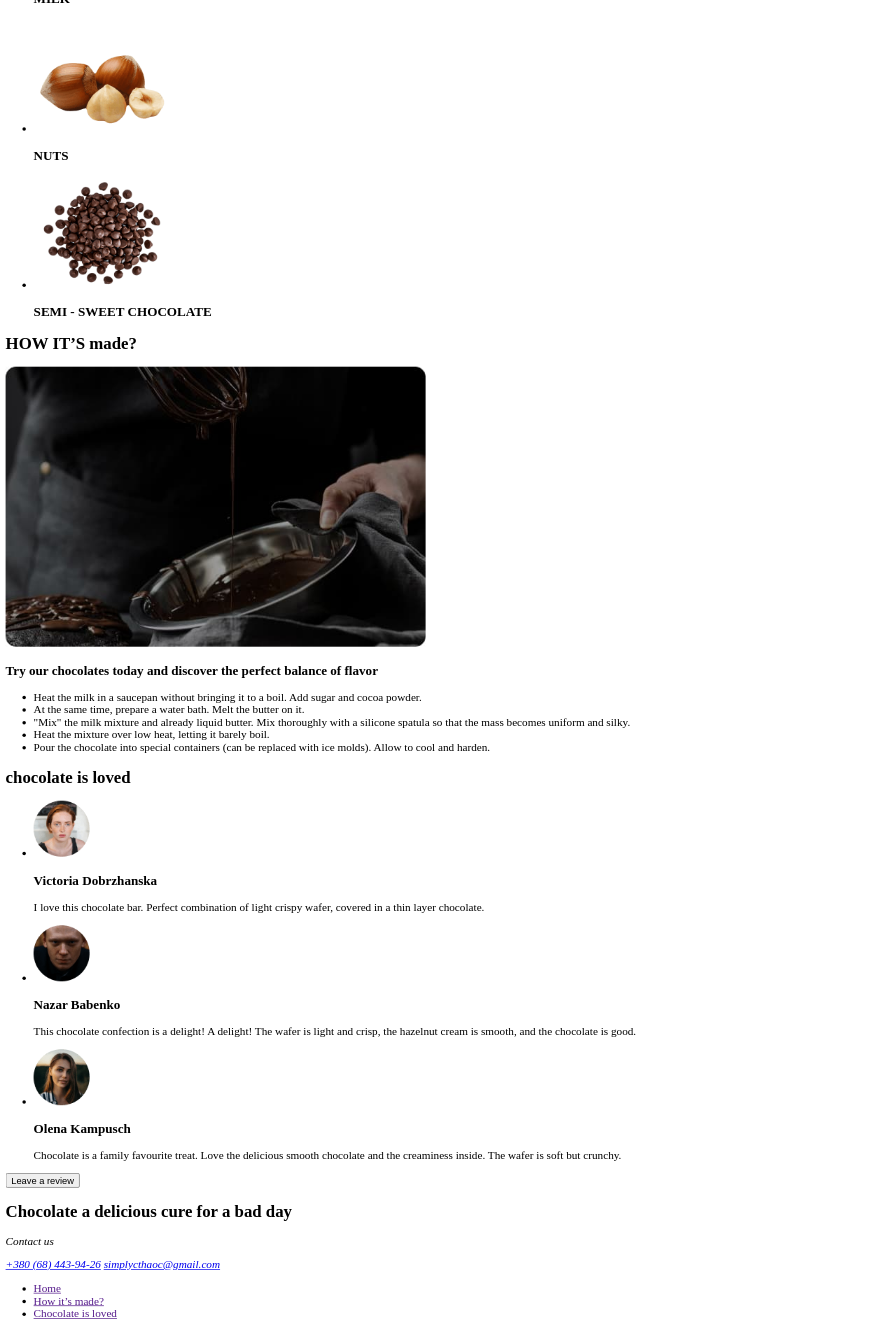
Repository: Sofiia-Khomyk/goit-markup-class-01
Page: index.html
These files come from the project's save history. The page is drawn as it stood at one moment and after the next save; the edit follows.
The browser window is 1280 px wide. The pictures show the part of the page from y = 1117 to 3037 px (the page is 3019 px tall before and 3037 px after), at 70% of full size.

Above is the page before, as saved 2024-11-11 16:30:43.

### index.html
<!DOCTYPE html>
<html lang="en">
  <head>
    <meta charset="UTF-8" />
    <meta name="viewport" content="width=device-width, initial-scale=1.0" />
    <title>Chocolate</title>
  </head>
  <body>
    <!-- Page Header -->
    <header>
      <nav>
        <a href=""
          >SIMPLY CHOCOLATE
          <img src="./images/chocolate-logo.svg" alt="site logo" />
        </a>
        <ul>
          <li>
            <a href="">Home</a>
          </li>
          <li>
            <a href="">How it’s made?</a>
          </li>
          <li>
            <a href="#reviews">Chocolate is loved</a>
          </li>
        </ul>
      </nav>
      <ul>
        <li>
          <a href="" target="_blank" rel="noopener noreferrer">Instagram</a>
        </li>
        <li>
          <a href="" target="_blank" rel="noopener noreferrer">Twitter</a>
        </li>
      </ul>
    </header>

    <main>
      <!-- Hero Section -->
      <section>
        <h1>
          Treat yourself or a loved one to our finest ingredients for a moment
          of pure delight!
        </h1>
        <button type="button">Buy now</button>
        <a href="">How it’s made</a>
        <a href="#benefits">scroll down</a>
      </section>
      <!-- Our Benefits -->
      <section id="benefits">
        <h2>Our Benefits</h2>
        <ul>
          <li>
            <h3>Unsurpassed taste</h3>
            <p>
              Crafted with the finest quality cocoa beans and a dedication to
              perfection, each bite is a decadent experience that simply cannot
              be matched. Savor the richness and complexity of our Unsurpassed
              Taste and discover a new level of chocolate bliss.
            </p>
          </li>
          <li>
            <h3>Affordable price</h3>
            <p>
              Indulge in high-quality chocolate without breaking the bank with
              Simply Chocolate's selection of affordable treats. Enjoy
              mouth-watering truffles and velvety chocolate bars without
              sacrificing taste or quality. Browse our selection and indulge in
              affordable luxury today.
            </p>
          </li>
          <li>
            <h3>Own production</h3>
            <p>
              We take pride in our own production process, ensuring that every
              step is carefully crafted to perfection. From selecting the finest
              ingredients to handcrafting each piece, our attention to detail is
              evident in every bite.
            </p>
          </li>
        </ul>
      </section>
      <!-- Ingredients Section -->
      <section>
        <h2>IT ALL ADDS UP TO ONE EXCEPTIONAL TASTE SENSATION</h2>
        <p>
          At Simply Chocolate, we believe that the secret to exceptional
          chocolate is in the details. From the sourcing of the finest
          ingredients to the careful crafting of each individual piece, every
          step of our process adds up to one exceptional taste sensation.
        </p>
        <ul>
          <li>
            <img
              src="./images/ingredients/milk-chocolate.png"
              alt="Milk chocolate"
              width="206"
              height="160"
            />
            <h3>MILK CHOCOLATE</h3>
          </li>
          <li>
            <img
              src="./images/ingredients/milk.png"
              alt="Milk"
              width="206"
              height="160"
            />
            <h3>MILK</h3>
          </li>
          <li>
            <img
              src="./images/ingredients/nuts.png"
              alt="Nuts"
              width="206"
              height="160"
            />
            <h3>NUTS</h3>
          </li>
          <li>
            <img
              src="./images/ingredients/coffee.png"
              alt="Semi Sweet Chocolate"
              width="206"
              height="160"
            />
            <h3>SEMI - SWEET CHOCOLATE</h3>
          </li>
        </ul>
      </section>
      <!-- How its made -->
      <section>
        <h2>HOW IT’S made?</h2>
        <img
          src="./images/made-chocolate/made-chocolate.jpg"
          alt="How it’s made"
          width="600"
          height="400"
        />
        <h3>
          Try our chocolates today and discover the perfect balance of flavor
        </h3>
        <ul>
          <li>
            Heat the milk in a saucepan without bringing it to a boil. Add sugar
            and cocoa powder.
          </li>
          <li>
            At the same time, prepare a water bath. Melt the butter on it.
          </li>
          <li>
            "Mix" the milk mixture and already liquid butter. Mix thoroughly
            with a silicone spatula so that the mass becomes uniform and silky.
          </li>
          <li>Heat the mixture over low heat, letting it barely boil.</li>
          <li>
            Pour the chocolate into special containers (can be replaced with ice
            molds). Allow to cool and harden.
          </li>
        </ul>
      </section>
      <!-- Reviews Section -->
      <section id="reviews">
        <h2>chocolate is loved</h2>
        <ul>
          <li>
            <img
              src="./images/reviews/vic-dob.png"
              alt="Victoria Dobrorzanska avatar"
              width="80"
              height="80"
            />
            <h3>Victoria Dobrzhanska</h3>
            <p>
              I love this chocolate bar. Perfect combination of light crispy
              wafer, covered in a thin layer chocolate.
            </p>
          </li>
          <li>
            <img
              src="./images/reviews/naz-bab.png"
              alt="Nazar Babenko avatar"
              width="80"
              height="80"
            />
            <h3>Nazar Babenko</h3>
            <p>
              This chocolate confection is a delight! A delight! The wafer is
              light and crisp, the hazelnut cream is smooth, and the chocolate
              is good.
            </p>
          </li>
          <li>
            <img
              src="./images/reviews/olen-kam.png"
              alt="Olena Kampusch avatar"
              width="80"
              height="80"
            />
            <h3>Olena Kampusch</h3>
            <p>
              Chocolate is a family favourite treat. Love the delicious smooth
              chocolate and the creaminess inside. The wafer is soft but
              crunchy.
            </p>
          </li>
        </ul>
        <button type="button">Leave a review</button>
      </section>
    </main>
    <!-- Page Footer -->
    <footer>
      <h2>Chocolate a delicious cure for a bad day</h2>
      <address>
        <p>Contact us</p>
        <ul></ul>
        <a href="tel:+3804439426">+380 (68) 443-94-26</a>
        <a href="mailto:simplycthаoc@gmail.com">simplycthаoc@gmail.com</a>
      </address>
      <ul>
        <li><a href="">Home</a></li>
        <li><a href="">How it’s made?</a></li>
        <li><a href="">Chocolate is loved</a></li>
      </ul>
    </footer>
  </body>
</html>

After the next save:
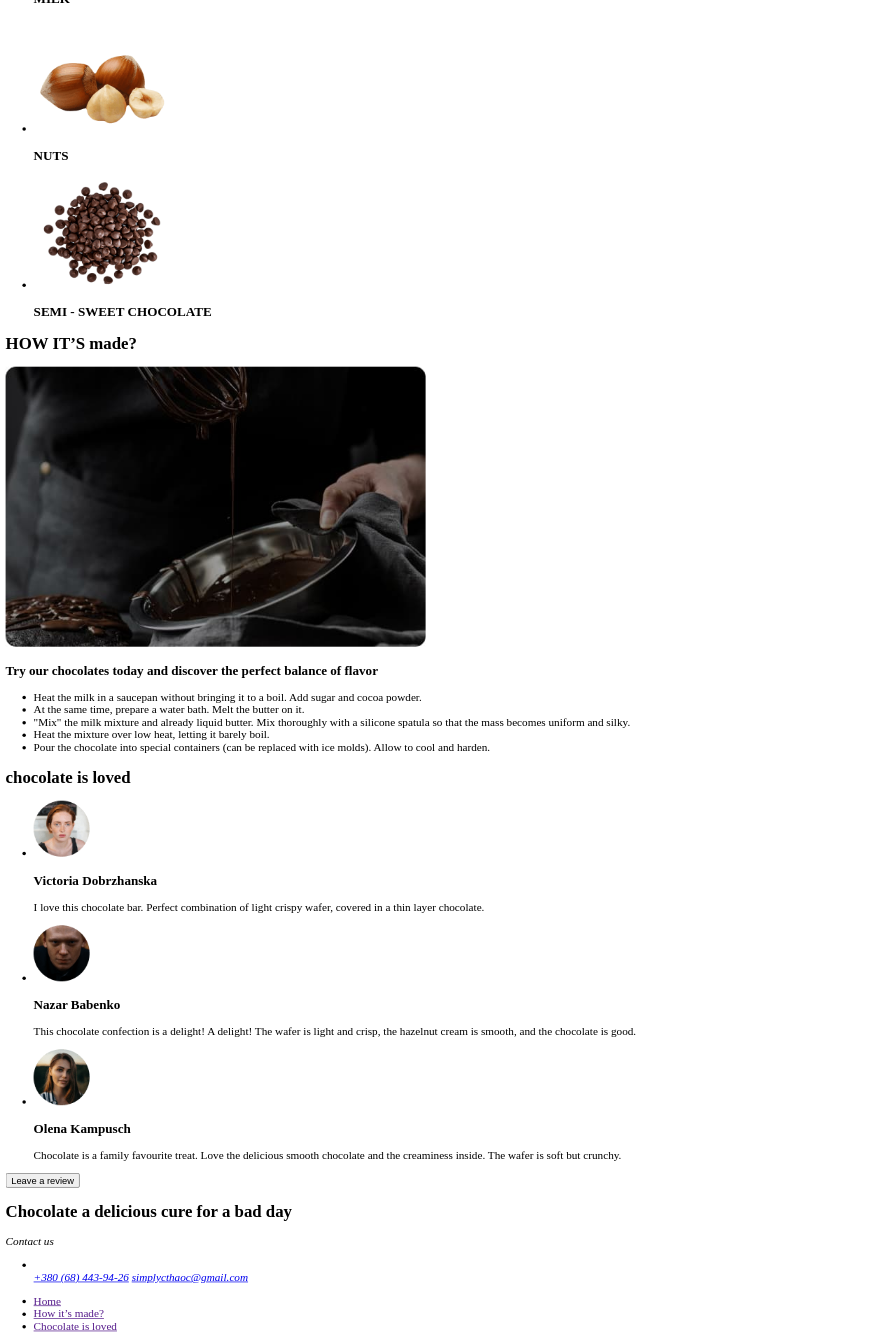
Saved 34 s later.
--- a/index.html
+++ b/index.html
@@ -213,9 +213,11 @@
       <h2>Chocolate a delicious cure for a bad day</h2>
       <address>
         <p>Contact us</p>
-        <ul></ul>
-        <a href="tel:+3804439426">+380 (68) 443-94-26</a>
-        <a href="mailto:simplycthаoc@gmail.com">simplycthаoc@gmail.com</a>
+        <ul>
+          <li></li>
+          <a href="tel:+3804439426">+380 (68) 443-94-26</a>
+          <a href="mailto:simplycthаoc@gmail.com">simplycthаoc@gmail.com</a>
+        </ul>
       </address>
       <ul>
         <li><a href="">Home</a></li>
